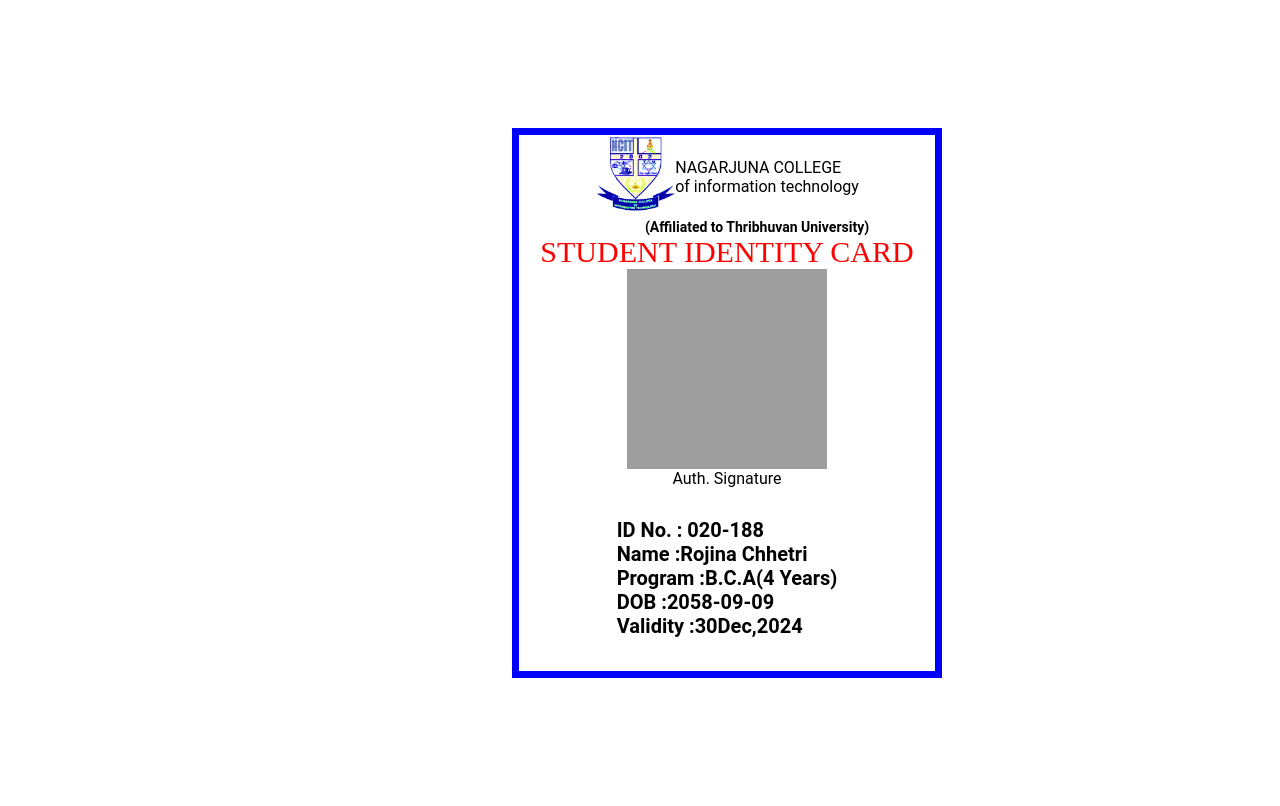
Repository: Rojinachhetri/roji
Page: rojina.html
The author's editor kept a copy of each file at every save. The page is drawn from the files as they stood at one save, then again after the next save.
The browser window is 1280 px wide. The pictures show the whole page.
Pictures or frames that could not be fetched are drawn as grey boxes.

Above is the page before, as saved 2023-04-24 22:30:12.

### rojina.html
<!DOCTYPE html>
<html lang="en">

<head>
    <meta charset="UTF-8">
    <meta http-equiv="X-UA-Compatible" content="IE=edge">
    <meta name="viewport" content="width=device-width, initial-scale=1.0">
    <title>Nagrajuna college</title>
    <link rel="stylesheet" href="rojina.css">
</head>

<body>
    <div class="container">
        <div class="hero">
            <div class="logo">
                <img src="logo1.png" alt="logo" height="80px" width="80px">

            </div>
            <div class="container_text">
                <div class="name">NAGARJUNA COLLEGE</div>
                <div class="class1">of information technology</div>
            </div>
        </div>
        <div class="header">(Affiliated to Thribhuvan University)
        </div>
        <div class="student">STUDENT IDENTITY CARD</div>
        <div class="hero1">
            <img src="./rojinaa.jpg" alt="picture" height="200px" width="200px">
            <div>Auth. Signature</div>
        </div>
        <div class="id">
            <div>ID No. : 020-188</div>
            <div>Name :Rojina Chhetri</div>
            <div>Program :B.C.A(4 Years)</div>
            <div>DOB :2058-09-09</div>
            <div>Validity :30Dec,2024</div>
        </div>

    </div>


</body>

</html>

### rojina.css
    * {
        box-sizing: border-box;
        padding: 0px;
        margin: 0px;
        font-family: RobotO, sans-serif
    }

    .container {
        width: 430px;
        height: 550px;
        background-color: white;
        border: 7px solid blue;
        display: flex;
        flex-direction: column;
        align-items: center;
        margin: 10% 40% 10% 40%;
    }

    .hero {
        display: flex;
        flex-direction: row;
        align-items: center;
    }

    .container_text.name {
        text-decoration: underline;
        color: #1c5a85;
    }

    .header {
        font-size: 14px;
        font-weight: bold;
        margin-left: 60px;
    }

    .hero1 {
        display: flex;
        flex-direction: column;
        align-items: center;
    }

    .student {
        font-size: 30px;
        font-weight: 500;
        font-family: 'Times New Roman', Times, serif;
        color: red;
    }

    .id {
        font-size: 20px;
        margin-top: 30px;
        font-weight: bold;
    }

After the next save:
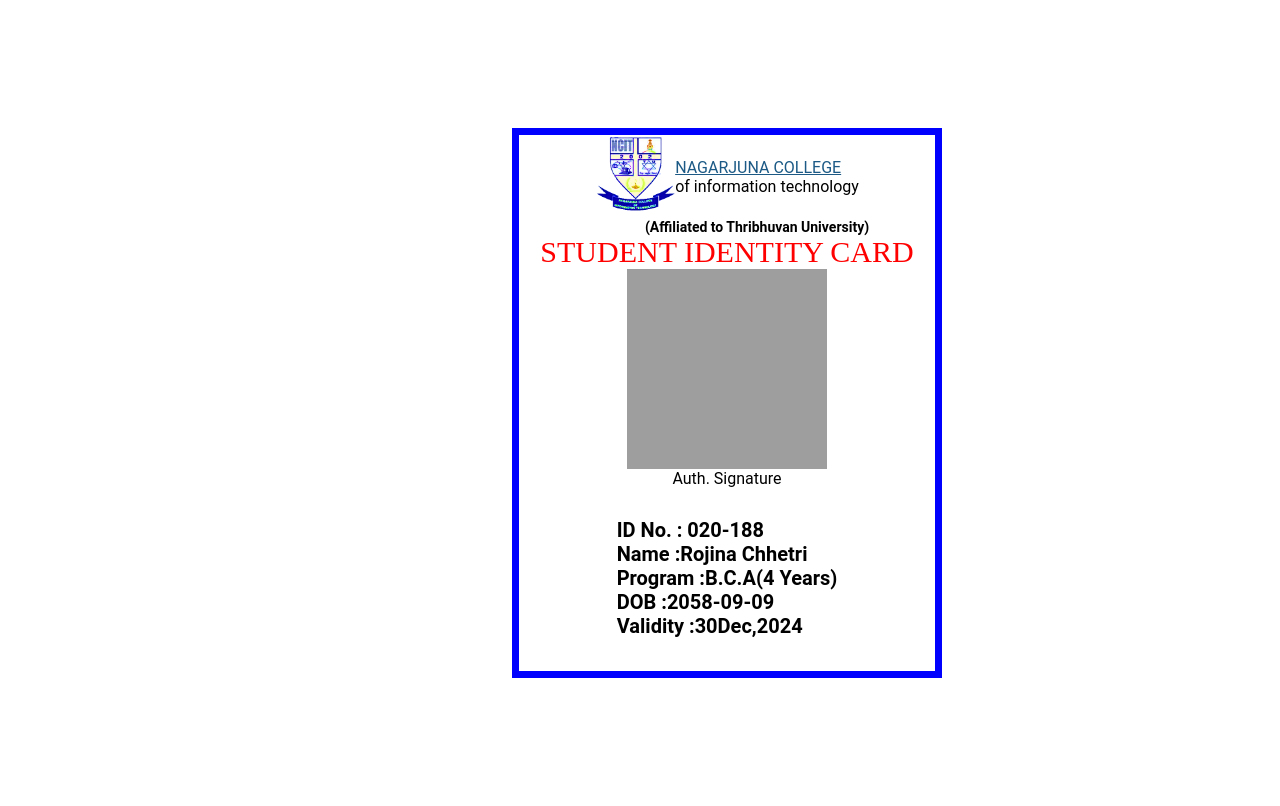
Saved 62 s later.
--- a/rojina.css
+++ b/rojina.css
@@ -22,7 +22,7 @@
         align-items: center;
     }
 
-    .container_text.name {
+    .container_text .name {
         text-decoration: underline;
         color: #1c5a85;
     }
